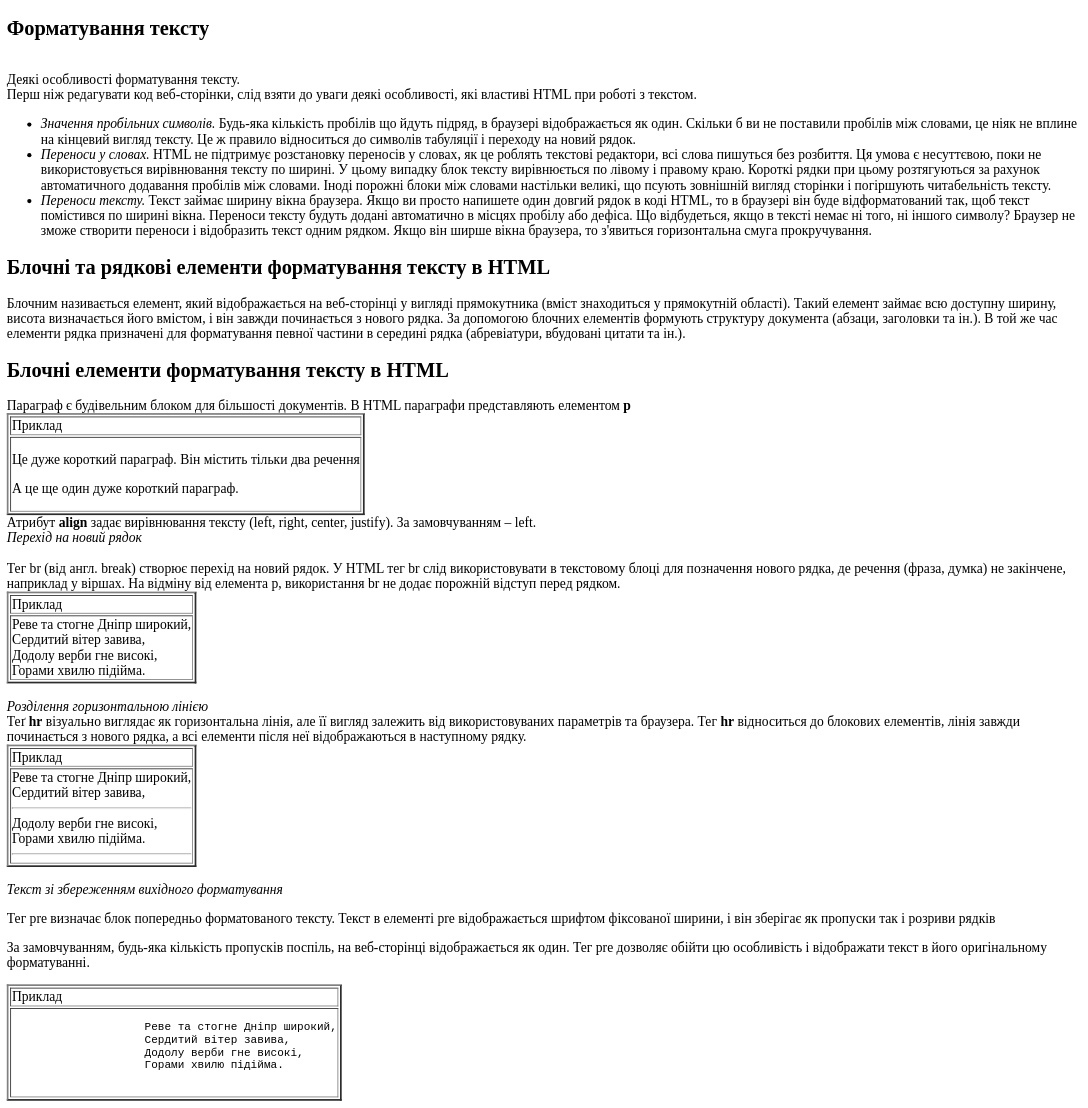
Repository: KseniaMakara/Web
Page: Web/directory.html
An editor plug-in stored every save of this project. The page is shown before and after the next save, followed by the edit.
The browser window is 1280 px wide. The pictures show the whole page, at 85% of full size.

Above is the page before, as saved 2021-02-15 16:58:05.

After the next save:
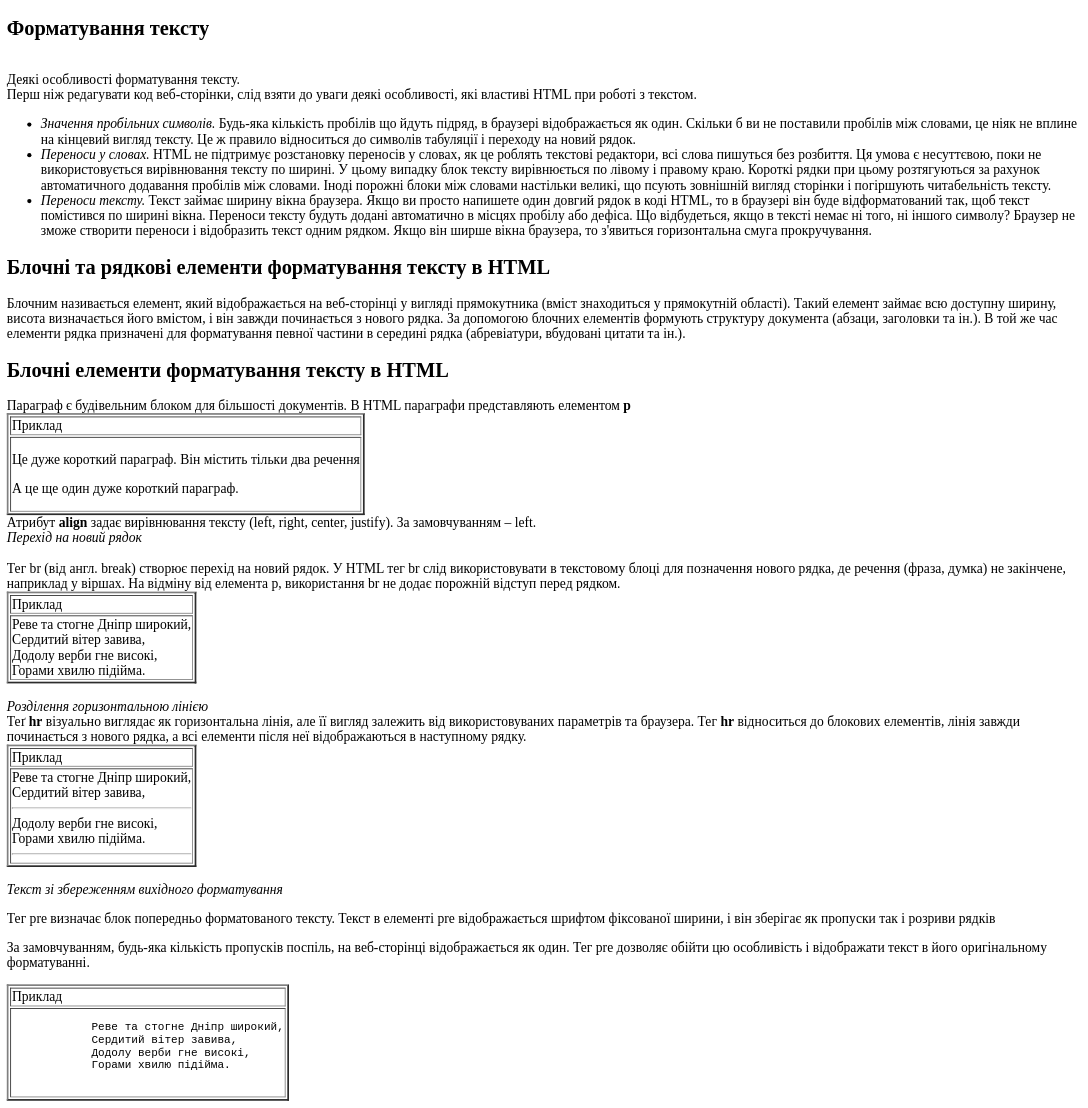
Saved 42 s later.
--- a/Web/directory.html
+++ b/Web/directory.html
@@ -109,16 +109,16 @@ br слід використовувати в текстовому блоці д
         <td> Приклад </td>
 
     </tr>
-            <tr>
-                <td> <pre>
-                    Реве та стогне Дніпр широкий,
-                    Сердитий вітер завива,
-                    Додолу верби гне високі,
-                    Горами хвилю підійма.
-                    </pre></td>
-            </tr>
+    <tr>
+        <td><pre>
+            Реве та стогне Дніпр широкий,
+            Сердитий вітер завива,
+            Додолу верби гне високі,
+            Горами хвилю підійма.
+            </pre></td>
+    </tr>
+</table>
 
-</table>
 
 
 </body>
